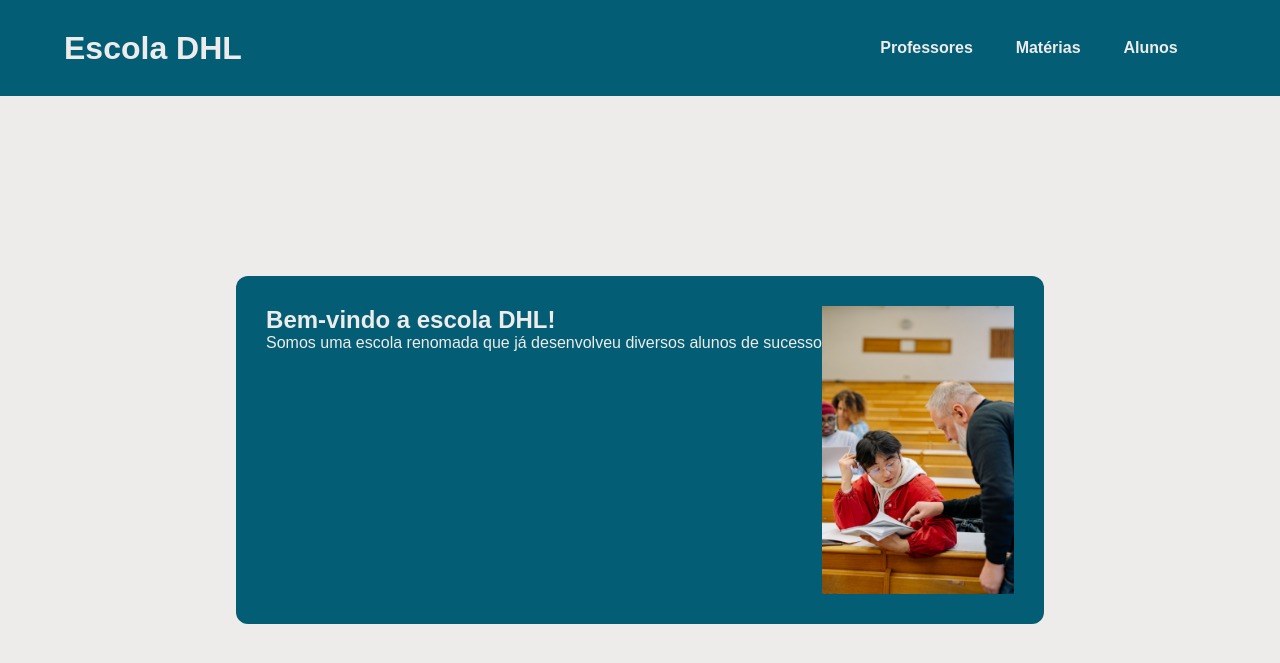
Repository: SirHick/sa-sistema-escola-DHL
Page: front/index.html
These files come from the project's save history. The page is drawn as it stood at one moment and after the next save; the edit follows.
The browser window is 1280 px wide. The pictures show the whole page.

Above is the page before, as saved 2026-07-17 15:55:55.

After the next save:
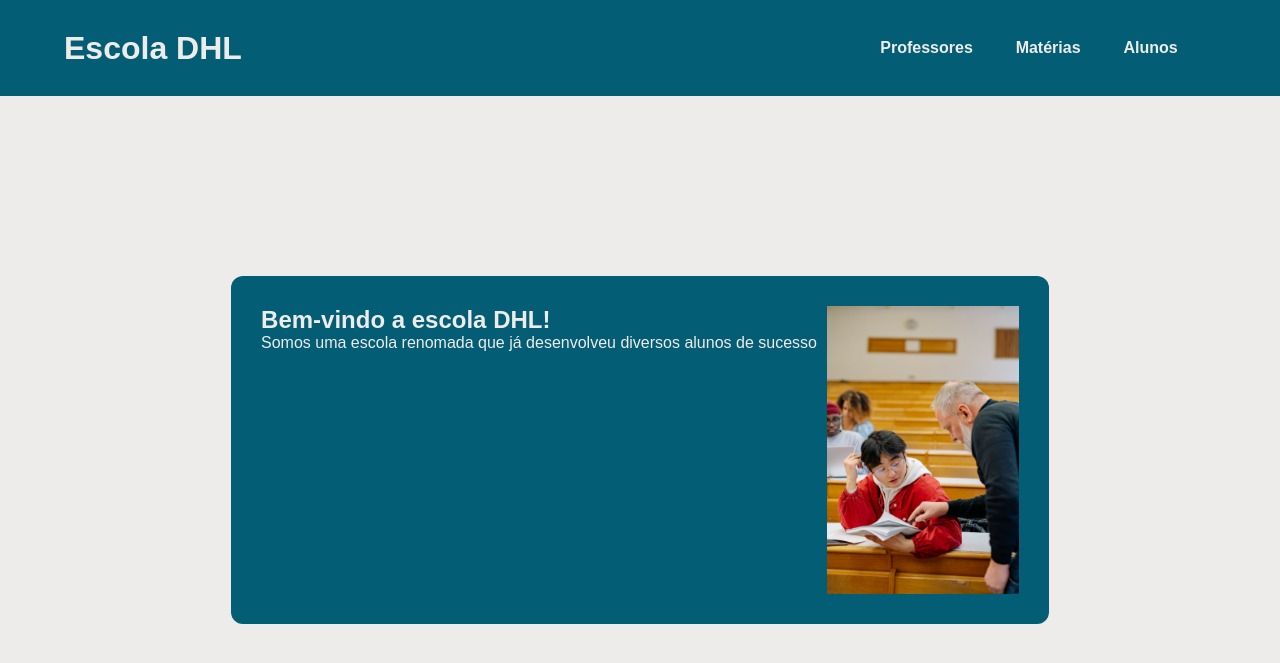
Saved 5 s later.
--- a/front/style.css
+++ b/front/style.css
@@ -51,7 +51,7 @@ header nav a{
     margin-top: 25vh;
     display: grid;
     grid-template-columns: auto auto;
-    gap: ;
+    gap: 10px;
     color: #EDECEA;
     border-radius:12px;
     padding: 30px;
